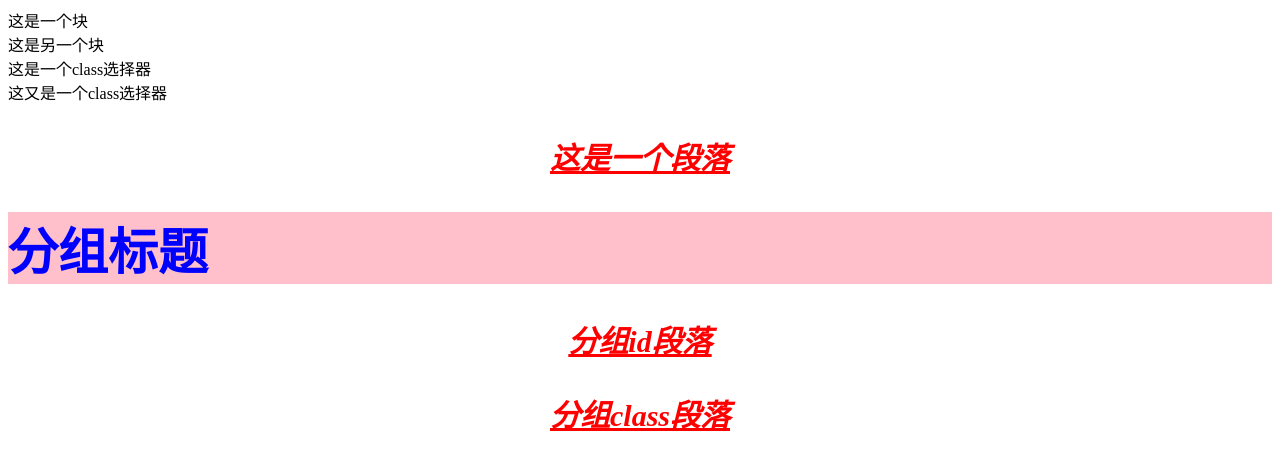
Repository: Germtao/Web
Page: web_css/css_样式表和选择器.html
These files come from the project's save history. The page is drawn as it stood at one moment and after the next save; the edit follows.
The browser window is 1280 px wide. The pictures show the whole page.

Above is the page before, as saved 2020-10-28 16:35:54.

After the next save:
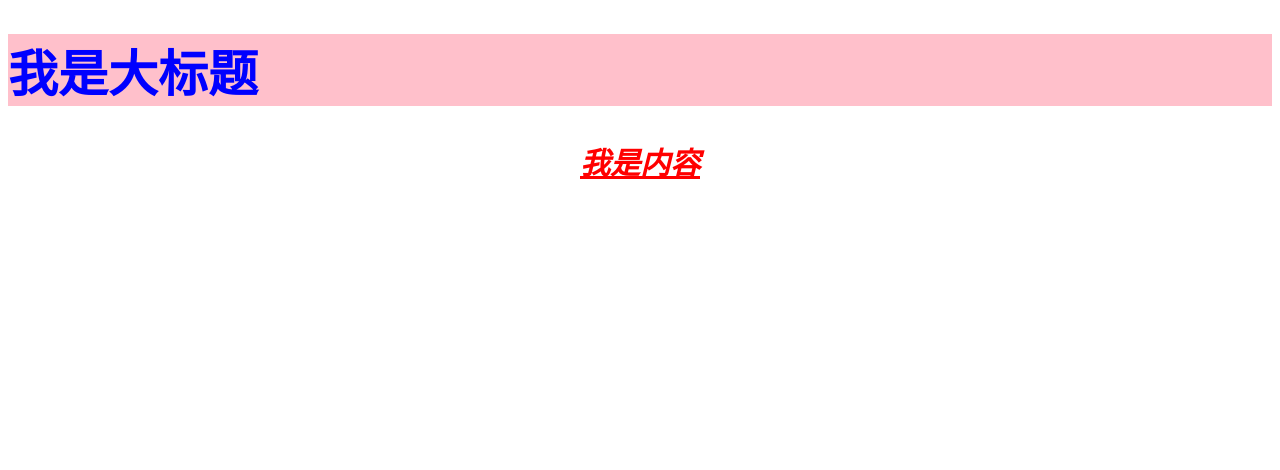
Saved 17 min 31 s later.
--- a/web_css/css_样式表和选择器.html
+++ b/web_css/css_样式表和选择器.html
@@ -55,21 +55,24 @@
 </head>
 
 <body>
+    <h1>我是大标题</h1>
+    <p>我是内容</p>
+
     <!-- id选择器 -->
-    <div id="div1">这是一个块</div>
-    <div id="div2">这是另一个块</div>
+    <!-- <div id="div1">这是一个块</div>
+    <div id="div2">这是另一个块</div> -->
 
     <!-- class选择器 -->
-    <div class="box">这是一个class选择器</div>
+    <!-- <div class="box">这是一个class选择器</div>
     <div class="box">这又是一个class选择器</div>
-    <p class="box content">这是一个段落</p>
+    <p class="box content">这是一个段落</p> -->
 
     <!-- 分组选择器 -->
-    <div>
+    <!-- <div>
         <h1 id="header">分组标题</h1>
         <p id="text">分组id段落</p>
         <p class="title">分组class段落</p>
-    </div>
+    </div> -->
 </body>
 
 </html>
